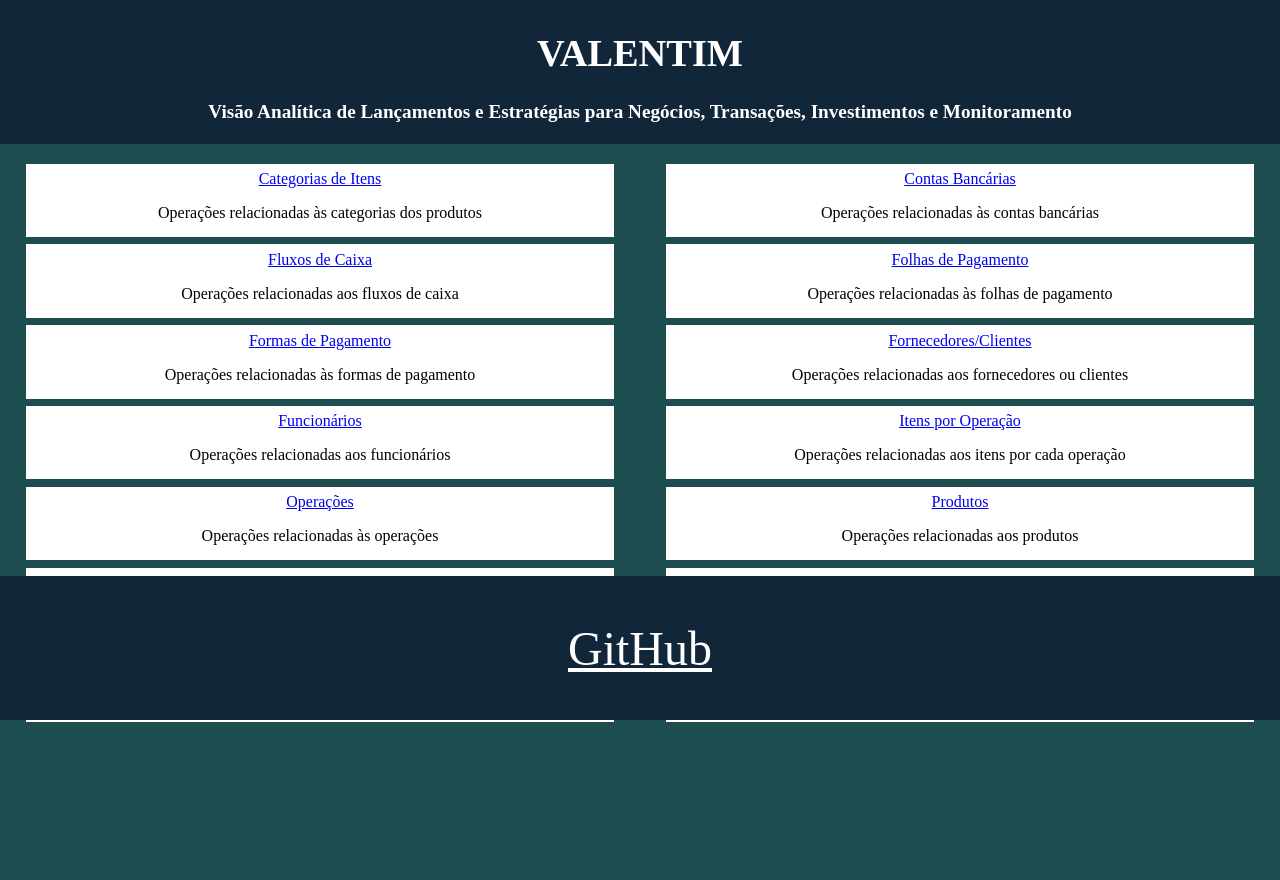
Repository: Matheus-Lacerda009/ERP-Financeiro
Page: Front/menu/menu.html
These files come from the project's save history. The page is drawn as it stood at one moment and after the next save; the edit follows.
The browser window is 1280 px wide. The pictures show the whole page.

Above is the page before, as saved 2026-07-13 19:01:18.

### Front/menu/menu.html
<!DOCTYPE html>
<html lang="en">
<head>
    <meta charset="UTF-8">
    <meta name="viewport" content="wclassth=device-wclassth, initial-scale=1.0">
    <link rel="stylesheet" href="menu.css">
    <title>Document</title>
</head>
<body>
    <header>
        <h1>VALENTIM</h1>
        <h2>Visão Analítica de Lançamentos e Estratégias para Negócios, Transações, Investimentos e Monitoramento</h2>
    </header>
    <main>
        <div id="espaço"></div>
        <div class="container">
            <div class="divEntidades">
                <a href="../categoria_item/categoria_item.html">Categorias de Itens</a>
                <p>Operações relacionadas às categorias dos produtos</p>
            </div>
            <div class="divEntidades">
                <a href="../conta_bancaria/conta_bancaria.html">Contas Bancárias</a>
                <p>Operações relacionadas às contas bancárias</p>
            </div>
            <div class="divEntidades">
                <a href="../fluxo_caixa/fluxo_caixa.html">Fluxos de Caixa</a>
                <p>Operações relacionadas aos fluxos de caixa</p>
            </div>
            <div class="divEntidades">
                <a href="../folha_pagamento/folha_pagamento.html">Folhas de Pagamento</a>
                <p>Operações relacionadas às folhas de pagamento</p>
            </div>
            <div class="divEntidades">
                <a href="../forma_pagamento/forma_pagamento.html">Formas de Pagamento</a>
                <p>Operações relacionadas às formas de pagamento</p>
            </div>
            <div class="divEntidades">
                <a href="../fornecedor_cliente/fornecedor_cliente.html">Fornecedores/Clientes</a>
                <p>Operações relacionadas aos fornecedores ou clientes</p>
            </div>
            <div class="divEntidades">
                <a href="../funcionario/funcionario.html">Funcionários</a>
                <p>Operações relacionadas aos funcionários</p>
            </div>
            <div class="divEntidades">
                <a href="../itens_operacao/itens_operacao.html">Itens por Operação</a>
                <p>Operações relacionadas aos itens por cada operação</p>
            </div>
            <div class="divEntidades">
                <a href="../operacao/operacao.html">Operações</a>
                <p>Operações relacionadas às operações</p>
            </div>
            <div class="divEntidades">
                <a href="../produtos/produtos.html">Produtos</a>
                <p>Operações relacionadas aos produtos</p>
            </div>
            <div class="divEntidades">
                <a href="../saldoAtual/saldoAtual.html">Saldo Atual</a>
                <p>Operações relacionadas ao saldo atual</p>
            </div>
            <div class="divEntidades">
                <a href="../valor_pVenda/valor_pVenda.html">Valores por operação</a>
                <p>Operações relacionadas aos valores por cada operação</p>
            </div>
            <div class="divEntidades">
                <a href="../valor_salario/valor_salario.html">Salários</a>
                <p>Operações relacionadas aos salários</p>
            </div>
            <div class="divEntidades">
                <a href="../notaFiscal/nota_fiscal.html">Notas Fiscais</a>
                <p>Operações relacionadas às notas fiscais</p>
            </div>
        </div>
    </main>
    <footer>
        <a href="https://github.com/Matheus-Lacerda009/ERP-Financeiro.git" id="github">GitHub</a>
    </footer>
</body>
</html>

### Front/menu/menu.css
body{
    overflow: hidden;
}
header{
    position: fixed;
    top: 0;
    left: 0;
    width: 100%;
    height: 20%;
    background-color: #12263A;
    z-index: 1;
    text-align: center;
    align-content: center;
}

footer{
    position: fixed;
    bottom: 0;
    left: 0;
    width: 100%;
    height: 20%;
    background-color: #12263A;
    text-align: center;
    align-content: center;
}

#github{
    color: white;
    font-size: 300%;
}

header, h1{
    font-size: 300%;
    color: white;
    font-size: 3vw;
}

header, h2{
    color: white;
    font-size: 1.5vw;
}

body{
    margin: 0;
    padding: 0;
    background-color: #1f4e50;
}

.container{
    margin-top: 12.5%;
    height: 100vh;
    width: 100%;
    box-sizing: border-box;
    display: grid;
    grid-template-columns: repeat(2, 7fr);
    align-content: start;
}

.divEntidades{
    height: 75%;
    width: 90%;
    background-color: white;
    text-align: center;
    padding: 1%;
    margin: auto;
}

After the next save:
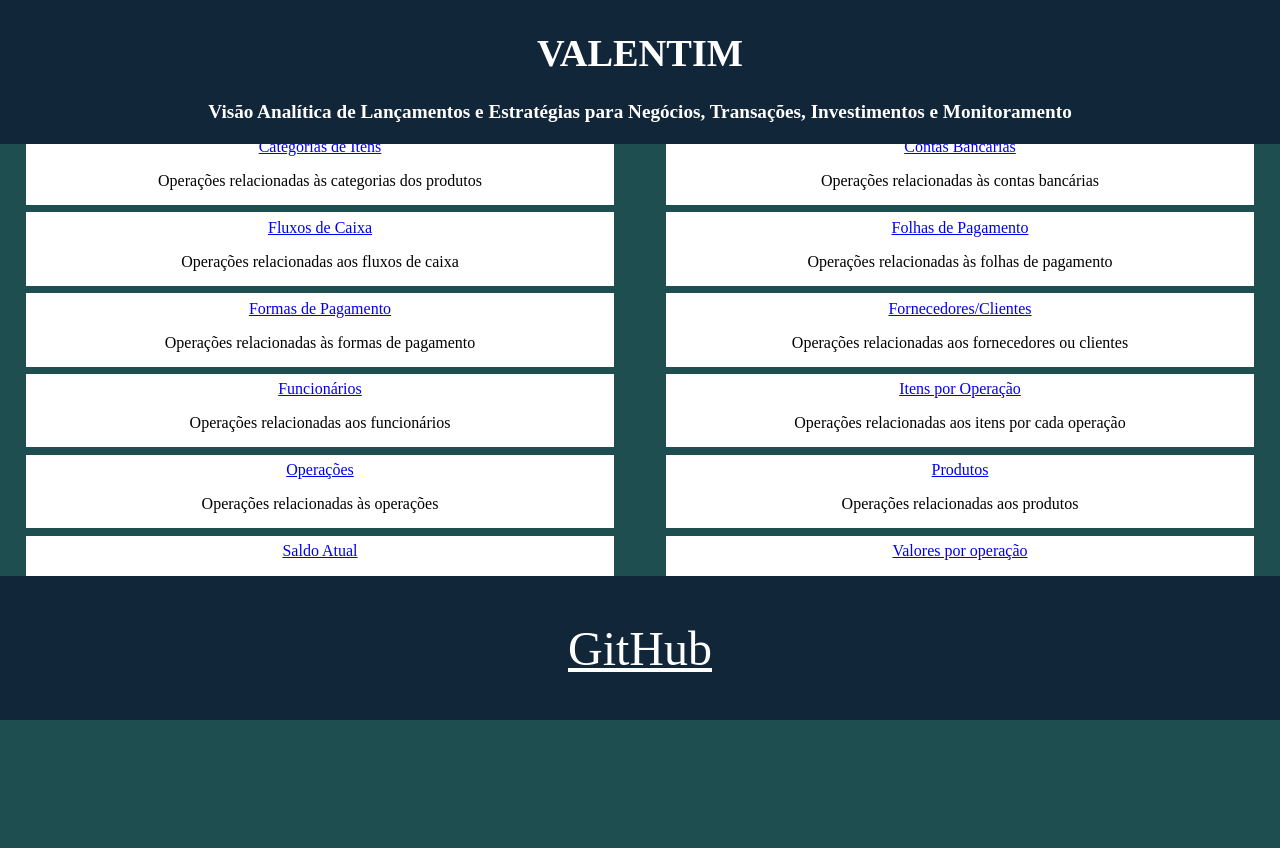
Saved 17 s later.
--- a/Front/menu/menu.css
+++ b/Front/menu/menu.css
@@ -47,7 +47,7 @@ body{
 }
 
 .container{
-    margin-top: 12.5%;
+    margin-top: 10%;
     height: 100vh;
     width: 100%;
     box-sizing: border-box;
